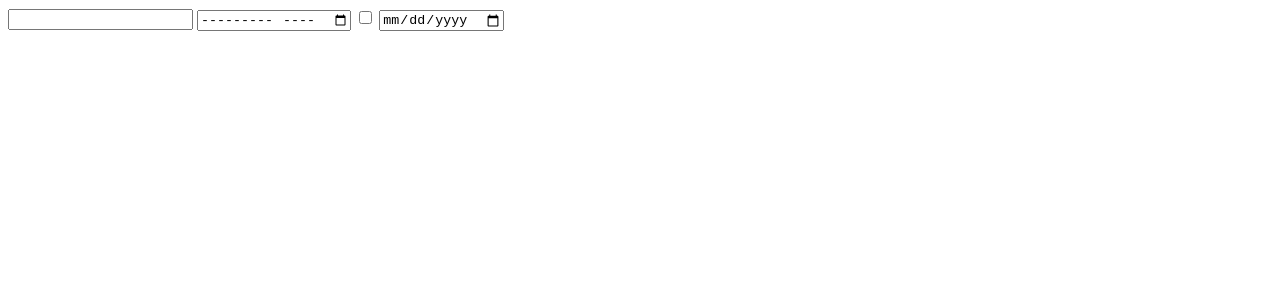
Repository: Pang-Ho/TIL
Page: JavaScript/workspace_web/htmltest/WebContent/formtest.html
These files come from the project's save history. The page is drawn as it stood at one moment and after the next save; the edit follows.
The browser window is 1280 px wide. The pictures show the whole page.

Above is the page before, as saved 2021-08-19 07:02:56.

After the next save:
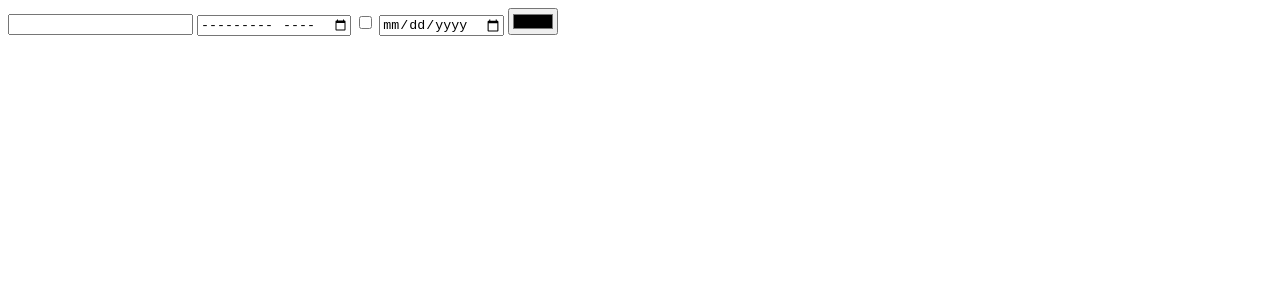
Saved 23 s later.
--- a/JavaScript/workspace_web/htmltest/WebContent/formtest.html
+++ b/JavaScript/workspace_web/htmltest/WebContent/formtest.html
@@ -11,6 +11,7 @@
 	<input type="month">
 	<input type="checkbox">
 	<input type="date">
+	<input type="color">
 </form>
 
 </body>
